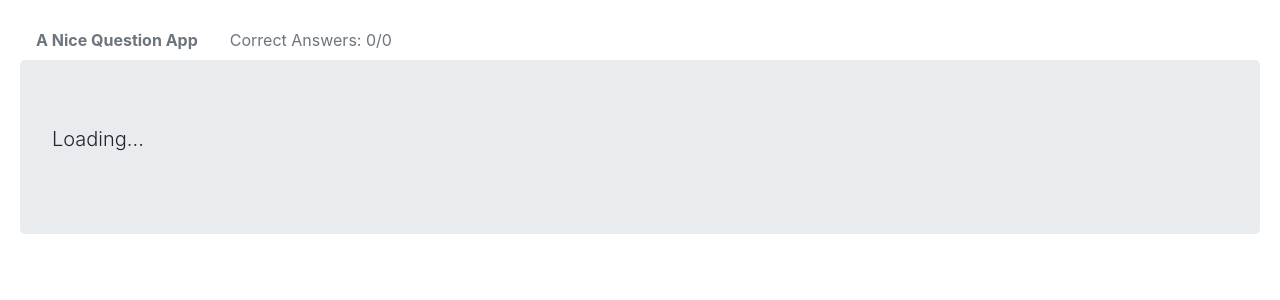
Repository: giovanicascaes/vue-quiz-app
Page: /
The author's editor kept a copy of each file at every save. The page is drawn from the files as they stood at one save, then again after the next save.
The browser window is 1280 px wide. The pictures show the whole page.
The page's requests for data from a server got no answer. The project was rebuilt for these pictures with package versions that can differ from the ones it lists, and the page was loaded fresh each time. No one was signed in, and anything a server would have sent is missing. Also part of the build but not shown: vue.config.js.

Above is the page before, as saved 2019-04-14 02:32:35.

After the next save:
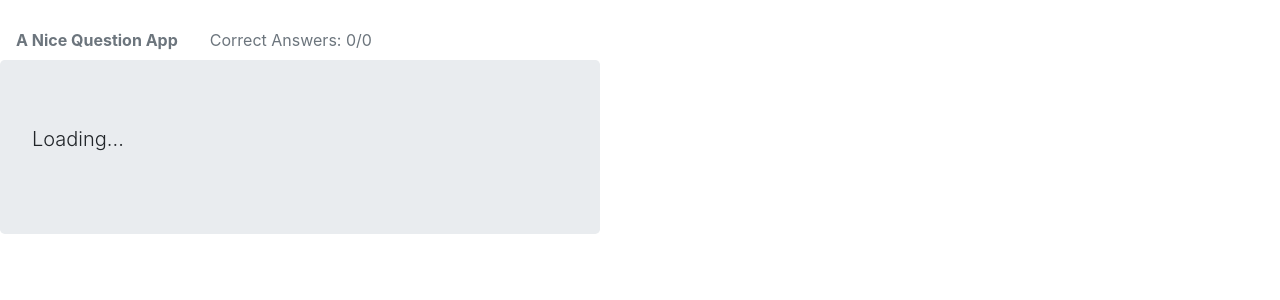
Saved 116 s later.
--- a/src/App.vue
+++ b/src/App.vue
@@ -32,6 +32,7 @@ export default {
 
 <style>
 #app {
-  margin: 20px;
+  margin-top: 20px;
+  width: 600px;
 }
 </style>
